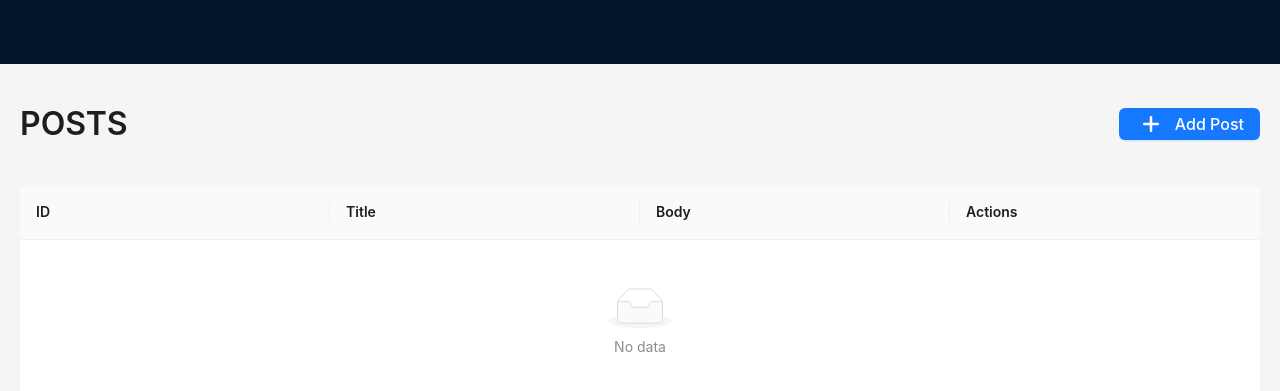
Repository: yasserrrz/Denamo-posts
Page: /
These files come from the project's save history. The page is drawn as it stood at one moment and after a run of saves; the edit follows.
The browser window is 1280 px wide. The pictures show the whole page.
The page's requests for data from a server got no answer. The project was rebuilt for these pictures with package versions that can differ from the ones it lists, and the page was loaded fresh each time. No one was signed in, and anything a server would have sent is missing. Also part of the build but not shown: src/components/PostForm.tsx.

Above is the page before, as saved 2024-11-28 16:03:59.

After the next 2 saves:
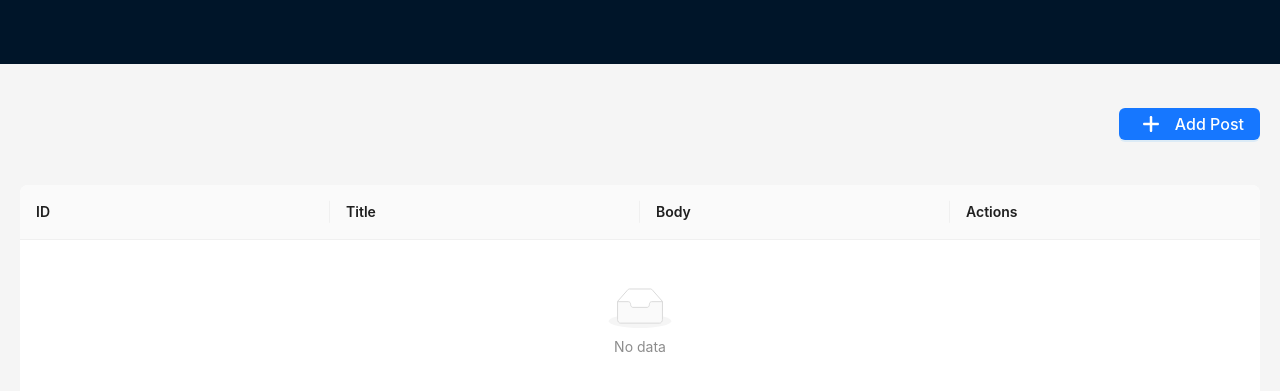
The 2 saves are shown as one change because they came seconds apart.
The last was saved 5 s later.
--- a/src/App.tsx
+++ b/src/App.tsx
@@ -19,7 +19,7 @@ const App: React.FC = () => {
 
       <Content style={{ padding: '20px' }}>
          <div style={{marginTop: '20px ' , marginBottom: '20px' , display: 'flex', justifyContent: 'space-between' , alignItems: 'center' }}>
-         <Title level={2} style={{ textAlign: 'center' , marginBottom:"0px" , marginTop:"0px" , fontSize: '32px' , fontWeight: '600' , textTransform: 'uppercase' , color: '#00000' }}>
+         <Title level={2} style={{ textAlign: 'center' , marginBottom:"0px" , marginTop:"0px" , fontSize: '32px' , fontWeight: '600' , textTransform: 'uppercase' , color: '#00000e00' }}>
           Posts
         </Title>
          <Button onClick={()=>{setIsModalOpen(true)}} style={{fontSize: '16px' , fontWeight: '500' , padding: '15px'}} type="primary"><AddIcon/> Add Post</Button>
